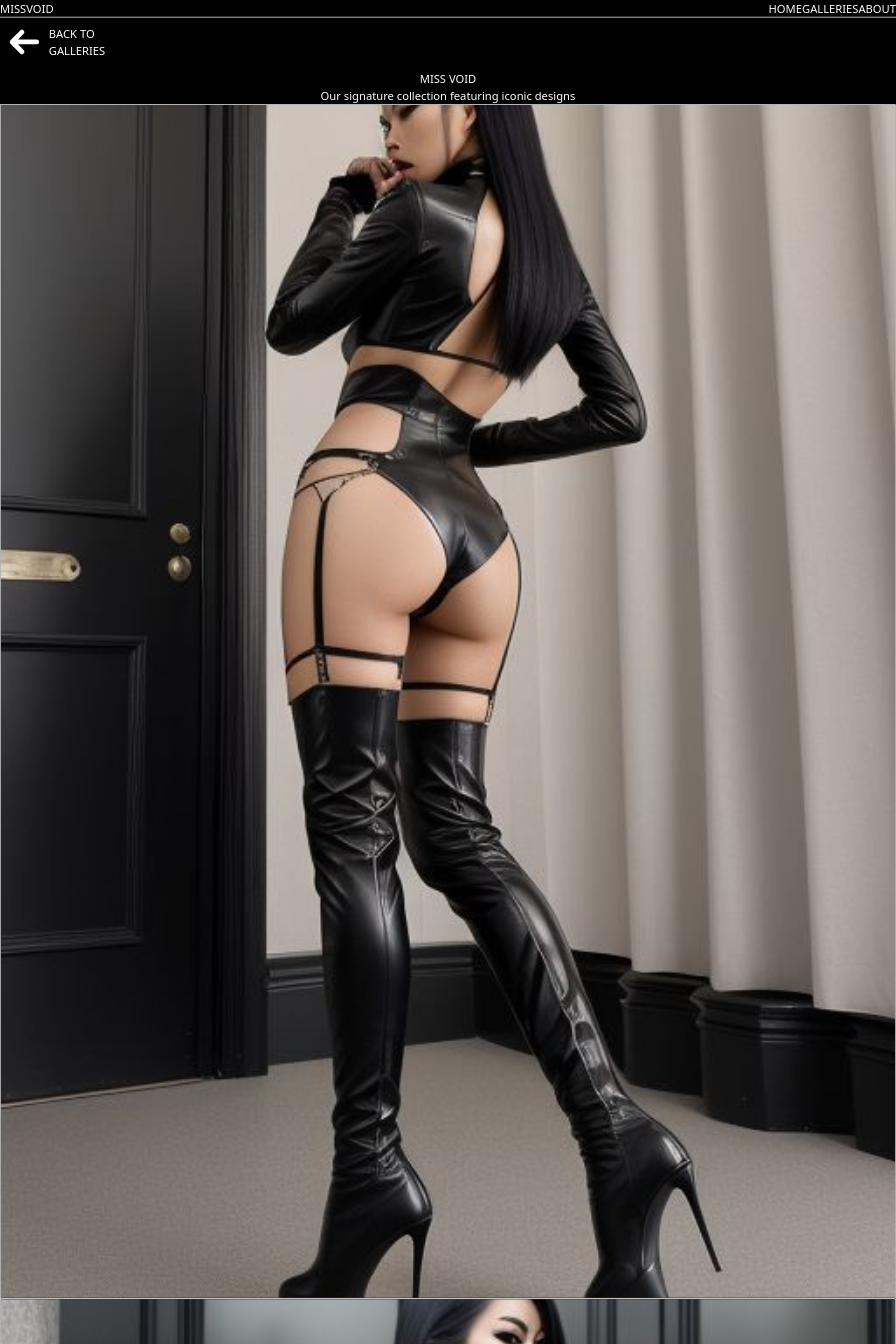
Repository: b0ase/missvoid
Page: /galleries/miss-void
These files come from the project's save history. The page is drawn as it stood at one moment and after the next save; the edit follows.
The browser window is 1280 px wide. The pictures show the part of the page from y = 0 to 1920 px (the page is 5294 px tall before and 5318 px after), at 70% of full size.
The page's requests for data from a server got no answer. The project was rebuilt for these pictures with package versions that can differ from the ones it lists, and the page was loaded fresh each time. The framework's server and built-in components were replaced by stand-ins that run in the browser. No one was signed in, and anything a server would have sent is missing. Also part of the build but not shown: next.config.ts.

Above is the page before, as saved 2025-04-10 23:40:22.

After the next save:
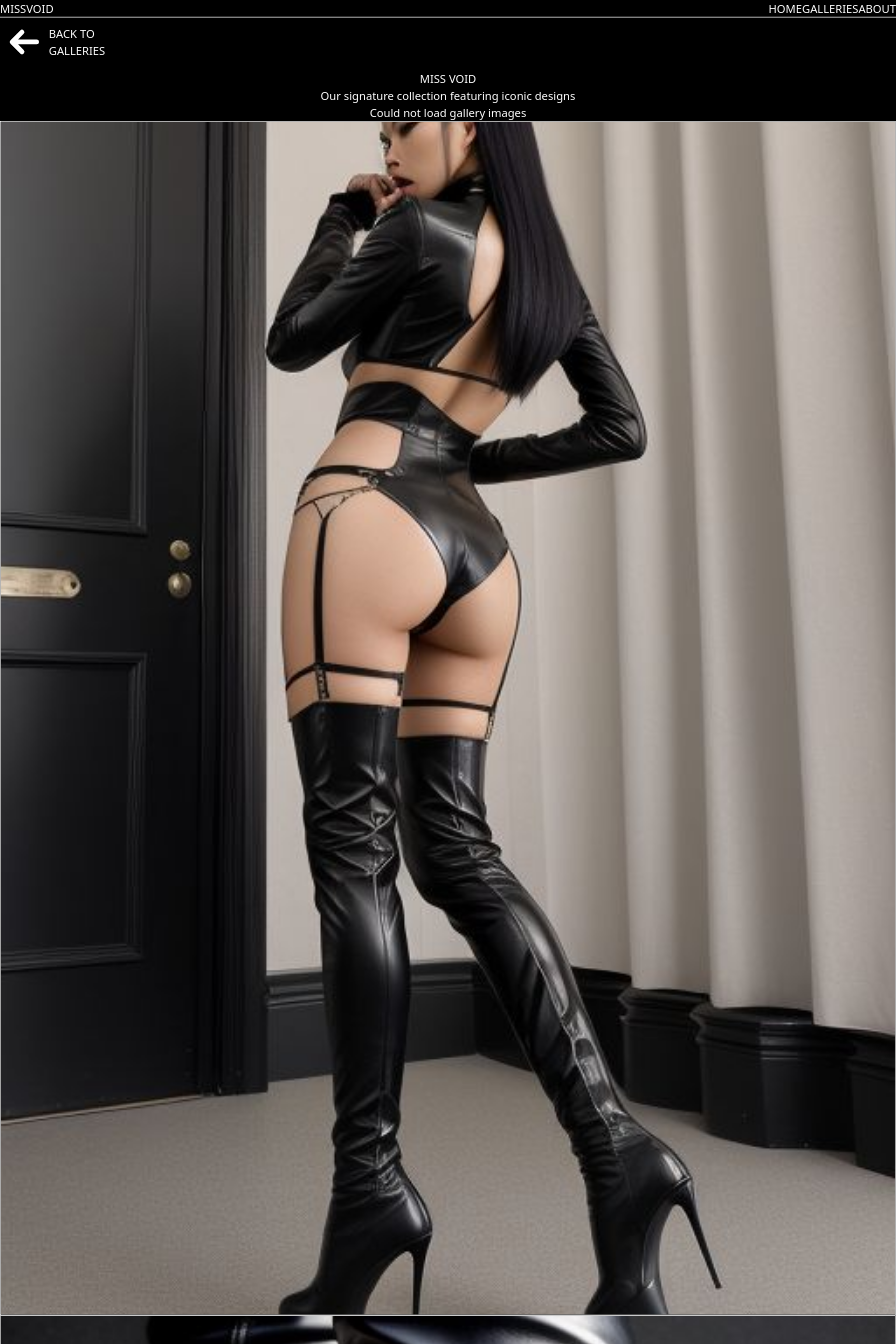
Saved 19 s later.
--- a/app/galleries/[id]/page.tsx
+++ b/app/galleries/[id]/page.tsx
@@ -1,6 +1,6 @@
 import Link from "next/link";
-import Image from "next/image";
 import { notFound } from "next/navigation";
+import GalleryImages from "../../components/GalleryImages";
 
 // Define the gallery data
 const galleries = [
@@ -59,25 +59,12 @@
   };
 }
 
-// Temporary image data until Blob storage is populated
-const tempImages = {
-  'void-xxx': ['/images/void-xxx.jpg', '/images/about.jpg', '/images/hero.jpg'],
-  'void-chic': ['/images/void-chic.jpg', '/images/miss-void.jpg', '/images/hero.jpg'],
-  'void-footwear': ['/images/hero.jpg', '/images/void-xxx.jpg', '/images/miss-void.jpg'],
-  'miss-void': ['/images/miss-void.jpg', '/images/void-chic.jpg', '/images/hero.jpg'],
-  'void-ink': ['/images/about.jpg', '/images/void-xxx.jpg', '/images/miss-void.jpg'],
-  'void-boudoir': ['/images/void-chic.jpg', '/images/about.jpg', '/images/hero.jpg']
-};
-
 export default function GalleryPage({ params }: { params: { id: string } }) {
   const gallery = galleries.find(g => g.id === params.id);
 
   if (!gallery) {
     notFound();
   }
-
-  // Use temporary image data
-  const images = tempImages[params.id as keyof typeof tempImages] || [];
 
   return (
     <div className="max-w-6xl mx-auto px-4 py-12">
@@ -99,26 +86,7 @@
         </p>
       </div>
 
-      {images.length > 0 ? (
-        <div className="grid grid-cols-1 md:grid-cols-2 lg:grid-cols-3 gap-4">
-          {images.map((src, index) => (
-            <div key={index} className="group cursor-pointer">
-              <div className="relative aspect-[3/4] w-full overflow-hidden border border-gray-800">
-                <Image
-                  src={src}
-                  alt={`${gallery.name} - Image ${index + 1}`}
-                  fill
-                  className="object-cover group-hover:scale-105 transition-transform duration-500"
-                />
-              </div>
-            </div>
-          ))}
-        </div>
-      ) : (
-        <div className="text-center py-12">
-          <p className="text-gray-400">No images found in this gallery.</p>
-        </div>
-      )}
+      <GalleryImages galleryId={params.id} galleryName={gallery.name} />
     </div>
   );
 }
